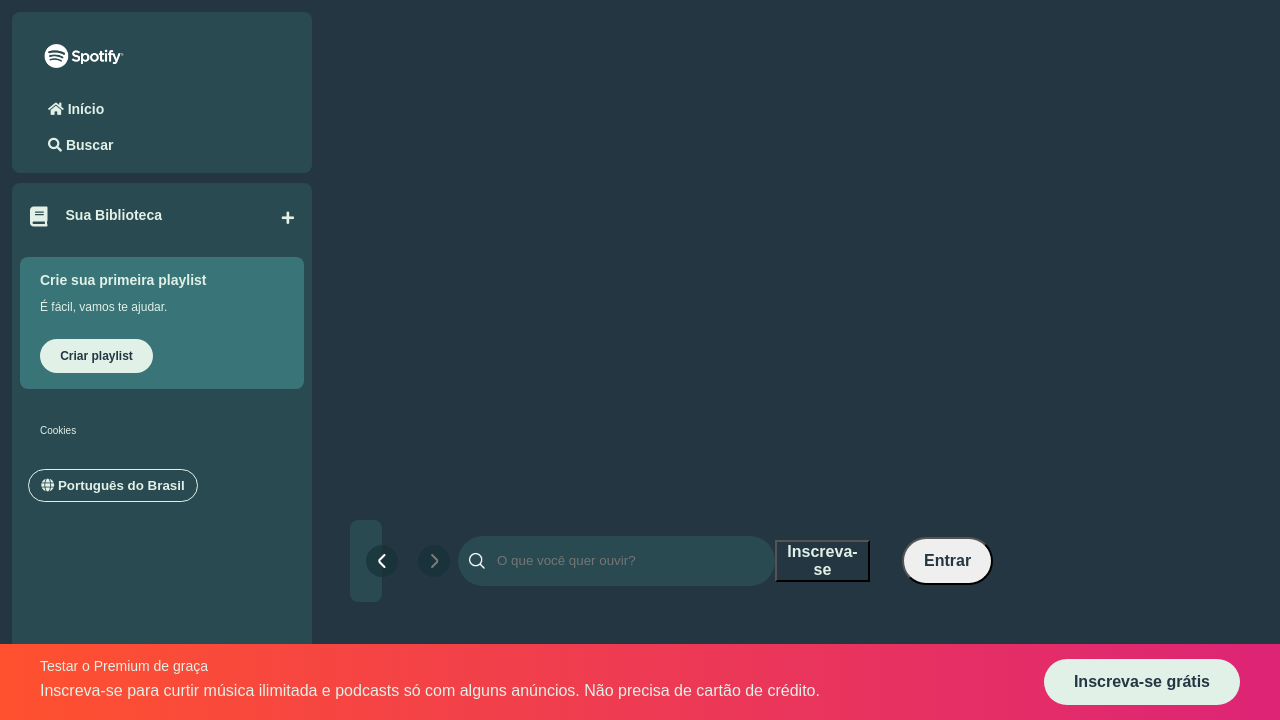
Repository: rafaazevedo-gs/Imers-o-Alura-Front-end
Page: index.html
The author's editor kept a copy of each file at every save. The page is drawn from the files as they stood at one save, then again after the next save.
The browser window is 1280 px wide. The pictures show the whole page.

Above is the page before, as saved 2025-01-30 18:44:24.

After the next save:
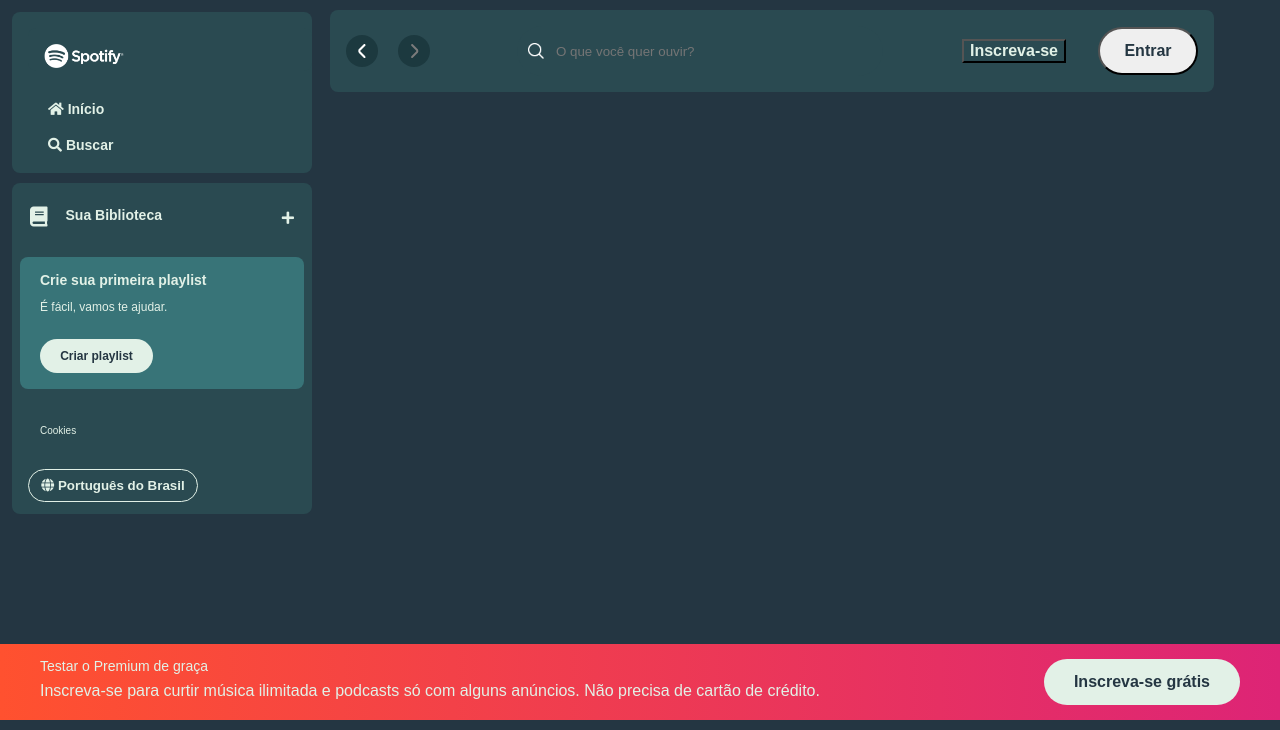
Saved 13 min 29 s later.
--- a/index.html
+++ b/index.html
@@ -64,41 +64,40 @@
                 <span>Português do Brasil</span>
             </button>
         </div>
+    </div>
+</div>
 
-        <main>
-            <div class="main-container">
-                <nav class="header__navigation">
-                    <div class="navigation">
-                        <button class="arrow-left">
-                            <img src="./src/assets/icons/small-left.png" alt="Seta esquerda">
-                        </button>
-                        <button class="arrow-right">
-                            <img src="./src/assets/icons/small-right.png" alt="Seta direita">
-                        </button>
-                    </div>
+<main>
+    <div class="main-container">
+        <nav class="header__navigation">
+            <div class="navigation">
+                <button class="arrow-left">
+                    <img src="./src/assets/icons/small-left.png" alt="Seta esquerda">
+                </button>
+                <button class="arrow-right">
+                    <img src="./src/assets/icons/small-right.png" alt="Seta direita">
+                </button>
+            </div>
+            <div class="header__search">
+                <img src="./src/assets/icons/search.png" alt="">
+                <input id="search-input" type="text" maxlength="800" placeholder="O que você quer ouvir?" />
+            </div>
+            <div class="header__login">
+                <button class="subscribe">Inscreva-se</button>
+                <button class="login">Entrar</button>
+            </div>
+        </nav>
+    </div>
+</main>
 
-                        <div class="header__search">
-                            <img src="./src/assets/icons/search.png" alt="">
-                            <input id="search-input" type="text" maxlength="800" placeholder="O que você quer ouvir?"/>
-                        </div>
-
-                        <div class="header__login">
-                            <button class="subscribe">Inscreva-se</button>
-                            <button class="login">Entrar</button>
-                        </div>
-                </nav>
-            </div>
-        </main>
-
-        <footer class="disclaimer-premium">
-            <div class="text">
-                <p class="disclaimer-premium__title">Testar o Premium de graça</p>
-                <p class="disclaimer-premium__subtitle">Inscreva-se para curtir música ilimitada e podcasts só com alguns anúncios. Não precisa de cartão de crédito.</p>
-            </div>
-            <div class="button">
-                <button type="button">Inscreva-se grátis</button>
-            </div>
-        </footer>
-    </div>
+    <footer class="disclaimer-premium">
+        <div class="text">
+            <p class="disclaimer-premium__title">Testar o Premium de graça</p>
+            <p class="disclaimer-premium__subtitle">Inscreva-se para curtir música ilimitada e podcasts só com alguns anúncios. Não precisa de cartão de crédito.</p>
+        </div>
+        <div class="button">
+            <button type="button">Inscreva-se grátis</button>
+        </div>
+    </footer>
 </body>
 </html>
